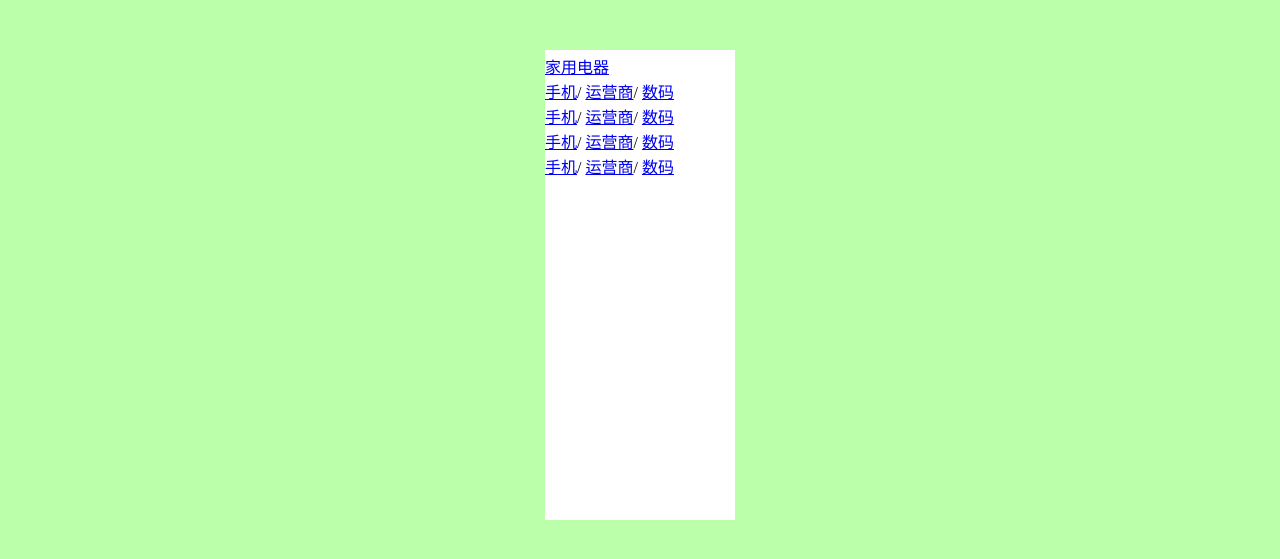
Repository: Romic77/css-test
Page: exercise/02_京东左侧导航条.html
An editor plug-in stored every save of this project. The page is shown before and after the next save, followed by the edit.
The browser window is 1280 px wide. The pictures show the whole page.

Above is the page before, as saved 2022-09-03 13:50:55.

### exercise/02_京东左侧导航条.html
<!DOCTYPE html>
<html lang="en">

<head>
    <meta charset="UTF-8">
    <meta http-equiv="X-UA-Compatible" content="IE=edge">
    <meta name="viewport" content="width=device-width, initial-scale=1.0">
    <title>Document</title>
    <link rel="stylesheet" href="./css/reset.css">
    <style>
        body {
            background-color: #bfa;
        }

        .left-nav {
            width: 190px;
            height: 450px;
            padding: 10px 0;
            background-color: #fff;
            margin: 50px auto;
        }

        .left-nav .item {
            height: 25px;
        }

        .left-nav .item:hover {
            background-color: #d9d9d9;
        }
    </style>
</head>

<body>
    <!-- nav(div) /div(div)  / ul(li)-->
    <nav class="left-nav">
        <div class="item">
            <a href="#">家用电器</a>
        </div>

        <div class="item">
            <a href="#">手机</a>/
            <a href="#">运营商</a>/
            <a href="#">数码</a>
        </div>

        <div class="item">
            <a href="#">手机</a>/
            <a href="#">运营商</a>/
            <a href="#">数码</a>
        </div>

        <div class="item">
            <a href="#">手机</a>/
            <a href="#">运营商</a>/
            <a href="#">数码</a>
        </div>

        <div class="item">
            <a href="#">手机</a>/
            <a href="#">运营商</a>/
            <a href="#">数码</a>
        </div>
    </nav>
</body>

</html>

Loaded but not shown: exercise/css/reset.css (common file)

After the next save:
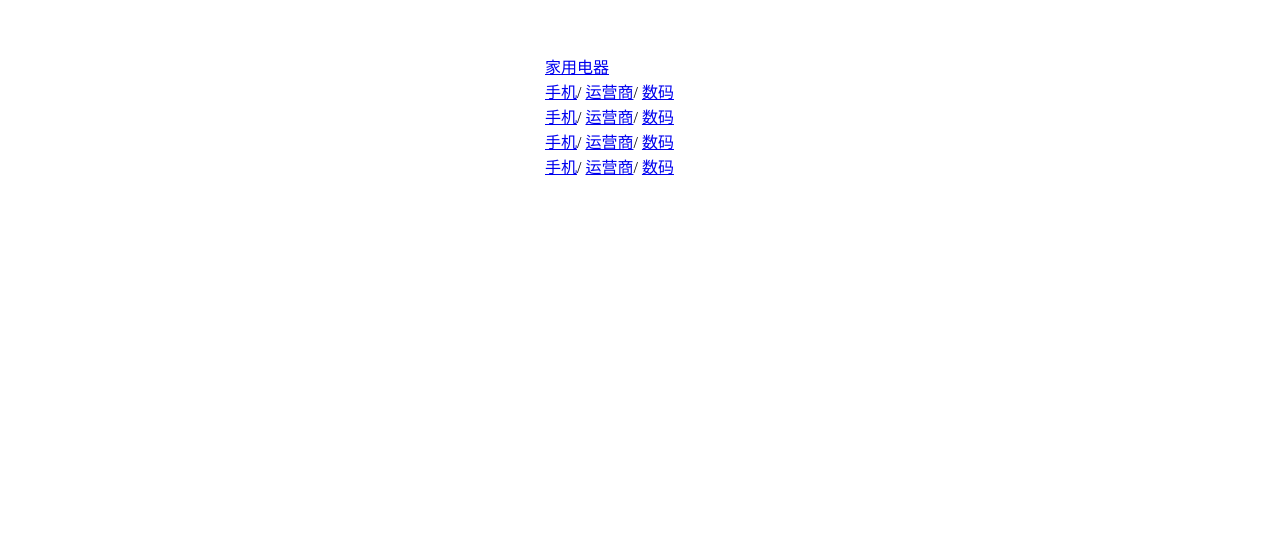
Saved 7 s later.
--- a/exercise/02_京东左侧导航条.html
+++ b/exercise/02_京东左侧导航条.html
@@ -8,10 +8,6 @@
     <title>Document</title>
     <link rel="stylesheet" href="./css/reset.css">
     <style>
-        body {
-            background-color: #bfa;
-        }
-
         .left-nav {
             width: 190px;
             height: 450px;
